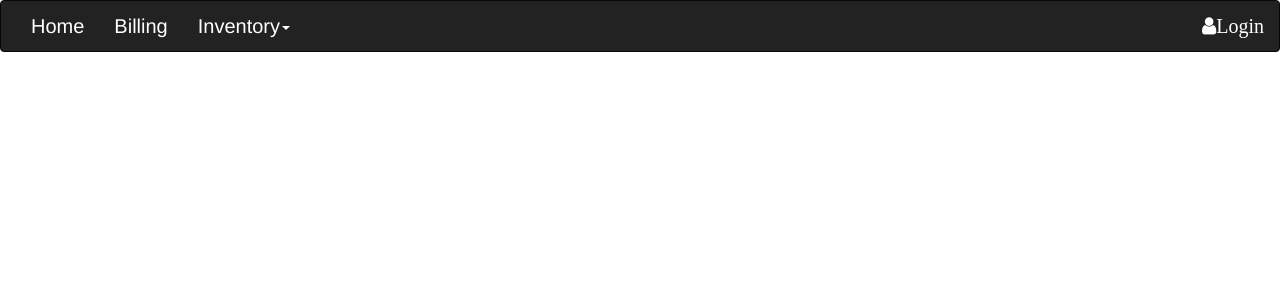
Repository: Abinesh-T/FinallDtProject
Page: http://localhost/Sri_Ananda/views/header.jsp
The author's editor kept a copy of each file at every save. The page is drawn from the files as they stood at one save, then again after the next save.
The browser window is 1280 px wide. The pictures show the whole page.
Some web libraries are served in a nearby version. The page is served by Tomcat 9. Nobody is signed in. The application's start-up code is not run.

Above is the page before, as saved 2018-08-05 09:40:23.

After the next save:
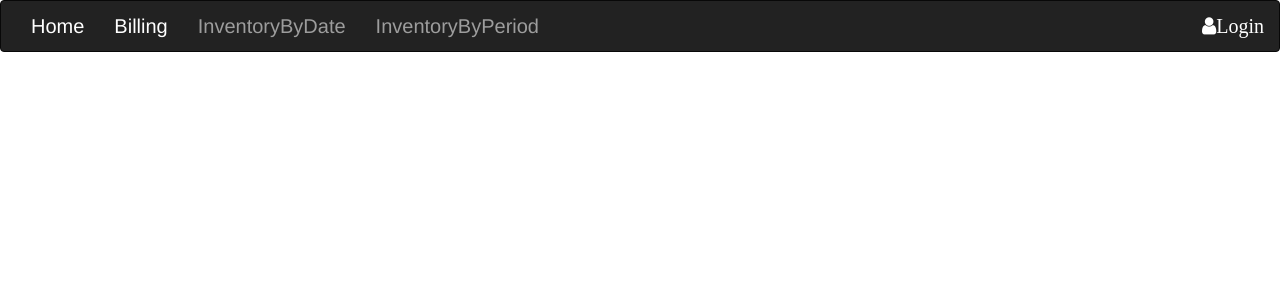
Saved 2 min 40 s later.
--- a/Sri_Ananda/src/main/webapp/views/header.jsp
+++ b/Sri_Ananda/src/main/webapp/views/header.jsp
@@ -42,15 +42,8 @@
 		<ul class="nav navbar-nav">
 			<li><a href="index" style="font-size: 20px; color: white;">Home</a></li>
 			<li><a href="index" style="font-size: 20px; color: white;">Billing</a></li>
-			<li class="dropdown"><a href="Inventory" class="dropdown-toggle"
-				data-toggle="dropdown" aria-haspopup="true" aria-expanded="false"
-				style="font-size: 20px; color: white">Inventory<span
-					class="caret"></span></a>
-				<ul class="dropdown-menu">
-					<li><a href="InventoryByDate" style="font-size: 20px;">InventoryByDate</a></li>
-					<li><a href="InventoryByPeriod" style="font-size: 20px;">InventoryByPeriod</a></li>
-				</ul></li>
-
+			<li><a href="InventoryByDate" style="font-size: 20px;">InventoryByDate</a></li>
+			<li><a href="InventoryByPeriod" style="font-size: 20px;">InventoryByPeriod</a></li>
 		</ul>
 		<c:if test="${pageContext.request.userPrincipal.name  == 'admin'}">
 			<li><a href="<c:url value="/admin" />">Admin</a></li>
